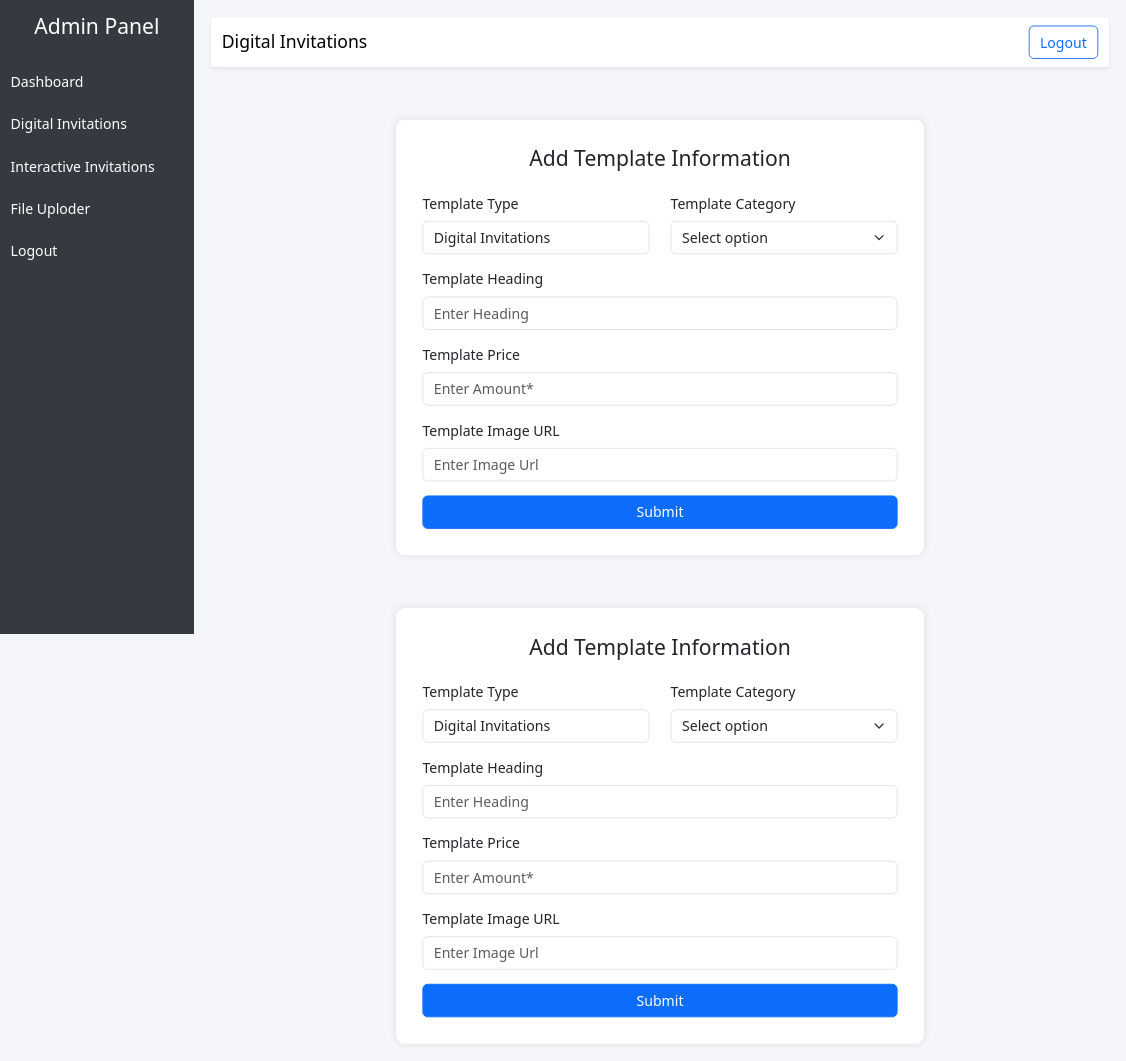
Repository: viraj7551/Flying-Invite-Project
Page: http://localhost/Admin03/digital_invitation.jsp
The author's editor kept a copy of each file at every save. The page is drawn from the files as they stood at one save, then again after the next save.
The browser window is 1280 px wide. The pictures show the whole page, at 88% of full size.
Some web fonts or font styles are not loaded; a fallback is used. The page is served by Tomcat 9.

Above is the page before, as saved 2026-03-21 10:04:16.

After the next save:
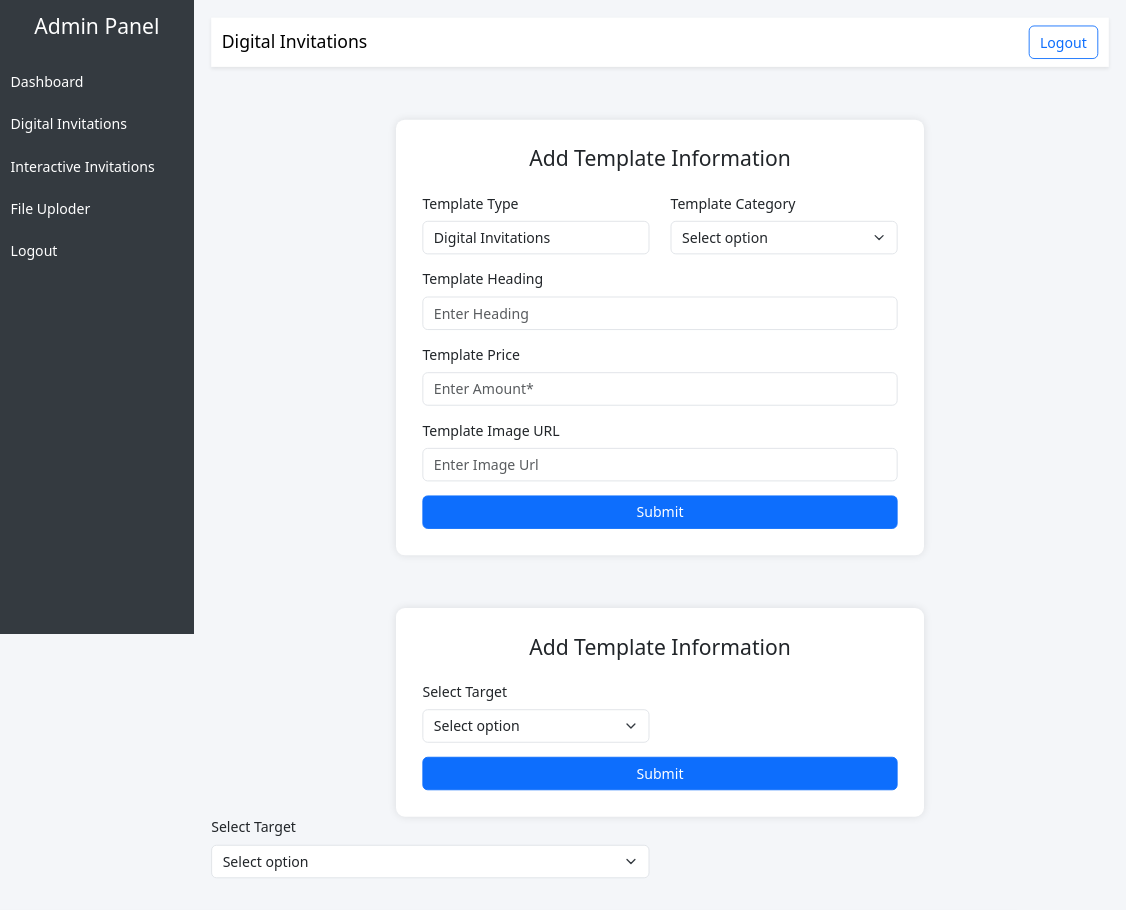
Saved 72 s later.
--- a/Admin03/WebContent/digital_invitation.jsp
+++ b/Admin03/WebContent/digital_invitation.jsp
@@ -194,38 +194,36 @@ Submit
 <form method="POST" action="/Invitations">
 
 <div class="row">
-
-<div class="col-md-6 mb-3">
-<label class="form-label">Template Type</label>
-<input type="text" class="form-control" placeholder="Enter first name" name="template_type_selector"  value = "Digital Invitations" readonly>
-</div>
-
-<div class="col-md-6 mb-3">
-<label class="form-label">Template Category</label>
-<select class="form-select" name="template_category_selector">
+      <div class="col-md-6 mb-3">
+      <label class="form-label">Select Target</label>
+      <select id ="first_drop_down" class="form-select" onchange = "festivalFilter()" name="target_selector">
+          <option selected>Select option</option>
+          <option value="1">Wedding</option>
+          <option value="2">Baby Shower</option>
+          <option value="3">Birthday</option>
+          <option value="4">Anniversary</option>
+          <option value="5">Festival</option>
+       </select>
+</div>
+
+<div class="col-md-6 mb-3" id="second_drop_down" style="display:none";>
+<label class="form-label">Select Festival</label>
+<select class="form-select" name="festival_selector">
 <option selected>Select option</option>
-<option value="1">Greetings</option>
-<option value="2">Invitation</option>
+<option value="1">Makar Sankranti</option>
+<option value="2">Holi</option>
+<option value="3">Eid-ul-Fitr</option>
+<option value="4">Gudi Padwa</option>
+<option value="5">Ram Navami</option>
+<option value="6">Easter</option>
+<option value="7">Independence Day</option>
+<option value="8">Raksha Bandhan</option>
+<option value="9">Janmashtami</option>
+<option value="10">Ganesh Chaturthi</option>
+<option value="11">Dussehra</option>
+<option value="12">Diwali</option>
 </select>
 </div>
-</div>
-
-<div class="mb-3">
-<label class="form-label">Template Heading</label>
-<input type="email" class="form-control" placeholder="Enter Heading" name="template_heading">
-</div>
-
-
-<div class="mb-3">
-<label class="form-label">Template Price</label>
-<input type="email" class="form-control" placeholder="Enter Amount*" name="total_amount">
-</div>
-
-
-
-<div class="mb-3">
-<label class="form-label">Template Image URL</label>
-<input type="email" class="form-control" placeholder="Enter Image Url" name="template_image">
 </div>
 
 <div class="d-grid">
@@ -240,6 +238,49 @@ Submit
 
 </div>
 
+
+
+
+
+
+
+
+
+  <form>
+   <div class="row">
+      <div class="col-md-6 mb-3">
+      <label class="form-label">Select Target</label>
+      <select id ="first_drop_down" class="form-select" onchange = "festivalFilter()" name="target_selector">
+          <option selected>Select option</option>
+          <option value="1">Wedding</option>
+          <option value="2">Baby Shower</option>
+          <option value="3">Birthday</option>
+          <option value="4">Anniversary</option>
+          <option value="5">Festival</option>
+       </select>
+</div>
+
+<div class="col-md-6 mb-3" id="second_drop_down" style="display:none";>
+<label class="form-label">Select Festival</label>
+<select class="form-select" name="festival_selector">
+<option selected>Select option</option>
+<option value="1">Makar Sankranti</option>
+<option value="2">Holi</option>
+<option value="3">Eid-ul-Fitr</option>
+<option value="4">Gudi Padwa</option>
+<option value="5">Ram Navami</option>
+<option value="6">Easter</option>
+<option value="7">Independence Day</option>
+<option value="8">Raksha Bandhan</option>
+<option value="9">Janmashtami</option>
+<option value="10">Ganesh Chaturthi</option>
+<option value="11">Dussehra</option>
+<option value="12">Diwali</option>
+</select>
+</div>
+</div>
+
+   </form>
  <!-- ---------------------Form 2 ends here -->
 
 
